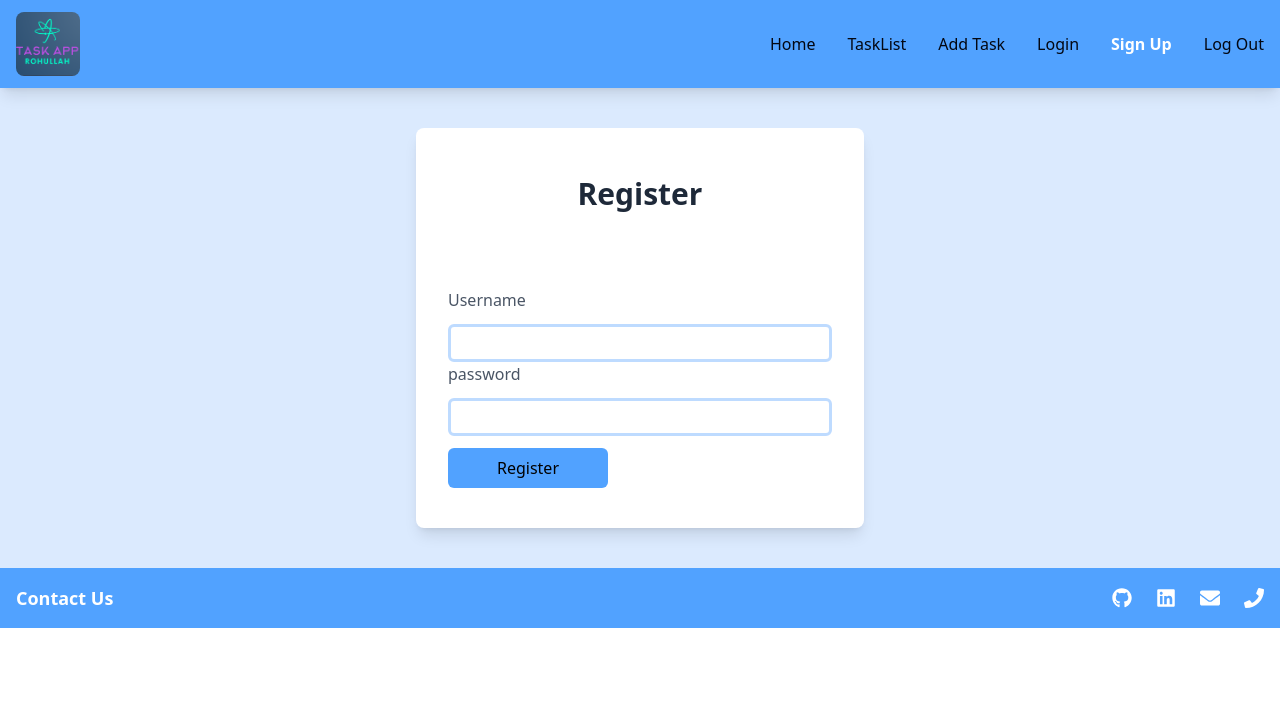
Repository: Rohullah-Noori/TaskApp
Page: /signup
These files come from the project's save history. The page is drawn as it stood at one moment and after the next save; the edit follows.
The browser window is 1280 px wide. The pictures show the whole page.
The project was rebuilt for these pictures with package versions that can differ from the ones it lists, and the page was loaded fresh each time. Also part of the build but not shown: vite.config.js, src/components/PrivateRoute.jsx, src/components/Loader.jsx, src/pages/Landing.jsx, src/pages/Home.jsx, src/pages/Login.jsx, src/pages/Addtask.jsx, src/pages/Edittask.jsx and 2 more.

Above is the page before, as saved 2025-06-23 10:39:10.

After the next save:
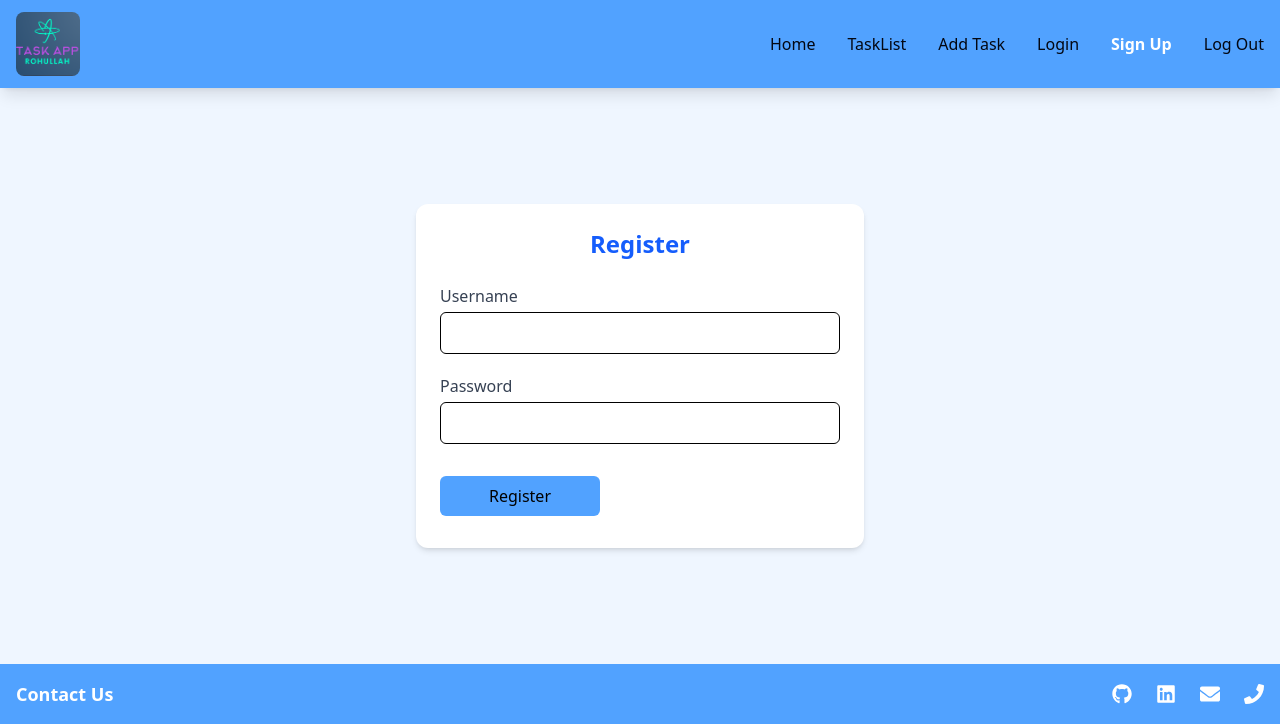
Saved 97 s later.
--- a/src/pages/Signup.jsx
+++ b/src/pages/Signup.jsx
@@ -1,4 +1,3 @@
-// import Footer from "../components/Footer";
 import { useNavigate } from "react-router-dom";
 import Button from "../components/Button";
 import Navbar from "../components/Navbar";
@@ -9,71 +8,91 @@ import Footer from "../components/Footer";
 
 function Signup() {
   const [loading, setIsloading] = useState(false);
+  const navigate = useNavigate();
+
   const {
     register,
     handleSubmit,
     formState: { errors },
   } = useForm();
 
-  const navigate = useNavigate();
-
-  function onSubmit() {
+  const onSubmit = () => {
     setIsloading(true);
     setTimeout(() => {
       navigate("/login");
       setIsloading(false);
     }, 1000);
-  }
+  };
 
   return (
     <>
       <Navbar />
-      <div className="containerForm">
-        <div className="parentContainerForm ">
-          <h2 className="heading ">Register</h2>
+      <main className="min-h-[80vh] flex justify-center items-center bg-blue-50 px-4">
+        <div className="w-full max-w-md bg-white rounded-xl shadow-md p-6">
+          <h2 className="text-2xl font-bold text-center text-blue-600 mb-6">
+            Register
+          </h2>
+
           {loading && <Loader />}
-          <form action="" onSubmit={handleSubmit(onSubmit)}>
-            <div className="space-y-3 mt-15 ">
+
+          <form onSubmit={handleSubmit(onSubmit)} className="space-y-5">
+            {/* Username */}
+            <div>
               <label
-                htmlFor="Username"
-                className="block text-md font-md text-gray-600"
+                htmlFor="username"
+                className="block text-gray-700 font-medium mb-1"
               >
                 Username
               </label>
               <input
+                id="username"
                 type="text"
-                className="input"
-                {...register("username", { required: "username is required" })}
+                className="w-full px-4 py-2 border rounded-md focus:outline-none focus:ring-2 focus:ring-blue-400"
+                {...register("username", {
+                  required: "Username is required",
+                })}
               />
+              {errors.username && (
+                <p className="text-sm text-red-500 mt-1">
+                  {errors.username.message}
+                </p>
+              )}
             </div>
-            {errors.username && (
-              <p className="text-red-500">{errors.username.message}</p>
-            )}
-            <div className="space-y-3">
+
+            {/* Password */}
+            <div>
               <label
                 htmlFor="password"
-                className="block text-md font-md text-gray-600"
+                className="block text-gray-700 font-medium mb-1"
               >
-                password
+                Password
               </label>
               <input
+                id="password"
                 type="password"
-                className="input"
+                className="w-full px-4 py-2 border rounded-md focus:outline-none focus:ring-2 focus:ring-blue-400"
                 {...register("password", {
-                  required: "password is required",
-                  minLength: { value: 4, message: "min 4 cracter plz" },
+                  required: "Password is required",
+                  minLength: {
+                    value: 4,
+                    message: "Minimum 4 characters required",
+                  },
                 })}
               />
               {errors.password && (
-                <p className="text-red-500">{errors.password.message}</p>
+                <p className="text-sm text-red-500 mt-1">
+                  {errors.password.message}
+                </p>
               )}
             </div>
-            <div>
-              <Button type="submit">Register</Button>
-            </div>
+
+            {/* Submit */}
+            <Button type="submit" className="w-full">
+              Register
+            </Button>
           </form>
         </div>
-      </div>
+      </main>
       <Footer />
     </>
   );
